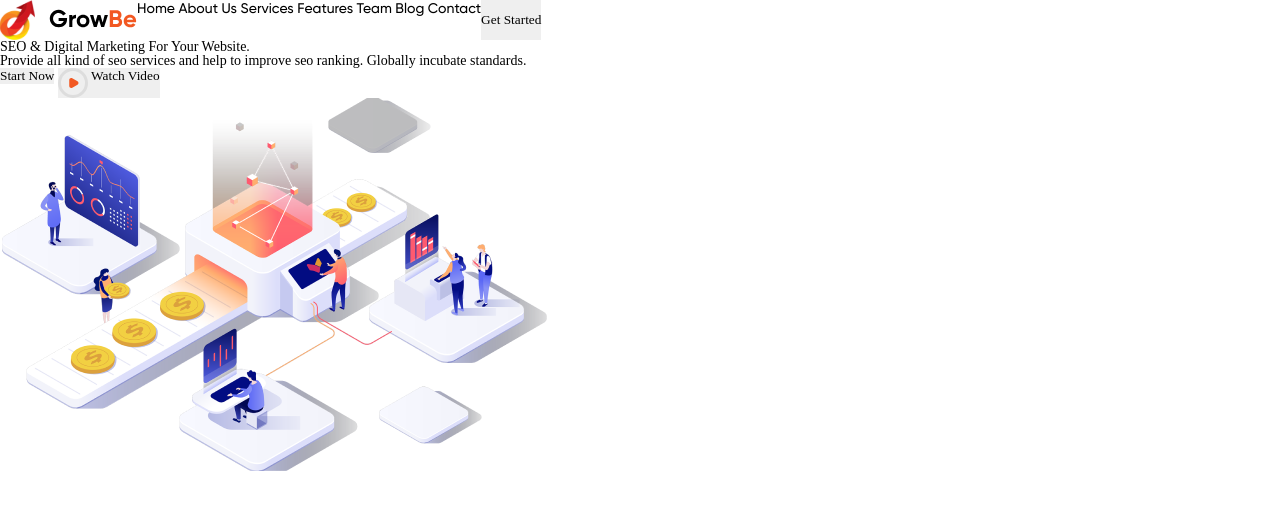
Repository: Alekseiy1980/GrowBe
Page: index.html
The author's editor kept a copy of each file at every save. The page is drawn from the files as they stood at one save, then again after the next save.
The browser window is 1280 px wide. The pictures show the whole page.

Above is the page before, as saved 2024-01-20 11:18:25.

### index.html
<!DOCTYPE html>
<html lang="en">
<head>
    <meta charset="UTF-8">
    <meta name="viewport" content="width=device-width, initial-scale=1.0">

    <link rel="stylesheet" href="css/reset.css">
    <link rel="stylesheet" href="css/style.css">
    <title>GrowBe</title>
</head>
<body>
    <header>
        <div class="menu_bar">
            <div class="logo">
                <a class="logo-link" href="#">
                    <img src="/img/Logo.svg"  />
                </a>
            </div>
            <nav>
                <a class="menu menu_activ" href="@">Home</a>
                <a class="menu" href="@"> About Us</a>
                <a class="menu" href="@">Services</a>
                <a class="menu" href="@">Features</a>
                <a class="menu" href="@">Team</a>
                <a class="menu" href="@">Blog</a>
                <a class="menu" href="@">Contact</a>
            </nav>
            <button class="btn_menu" type="button">Get Started</button>
        </div>
        <div class="home_meta">
            <div class="nome_content">
                <div class="home_title">
                    <h1>SEO & Digital <span>Marketing</span>  For Your Website.</h1>
                </div>
            <div class="sub_title">
                <p>Provide all kind of seo services and help to improve seo ranking. Globally incubate standards.</p>
            </div>
            <div class="btn_meta">
                <button class="btn_menu" type="button">Start Now</button>
                <button class="btn_menu" type="button">
                        <img
                            src="img/play.svg"
                            alt="play"
                            />
                    Watch Video</button>
            </div>
            </div>
            <div class="home_img">
                <img src="img/home_Image.png" alt="">
            </div>
        </div>
    </header>
</body>
</html>

### css/reset.css

* {
    padding: 0;
    margin: 0;
    border: 0;
}

*,
*::before,
*::after {
    -moz-box-sizing: border-box;
    -webkit-box-sizing: border-box;
    box-sizing: border-box;
}

:focus,
:active {
    outline: none;
}

a:focus,
a:active {
    outline: none;
}

nav,
footer,
header,
aside {
    display: block;
}

html,
body {
    height: 100%;
    width: 100%;
    font-size: 100%;
    line-height: 1;
    font-size: 14px;
    -ms-text-size-adjust: 100%;
    -moz-text-size-adjust: 100%;
    -webkit-text-size-adjust: 100%;
}

input,
button,
textarea {
    font-family: inherit;
}

input::-ms-clear {
    display: none;
}

button {
    cursor: pointer;
}

button::-moz-focus-inner {
    padding: 0;
    border: 0;
}

a,
a:visited {
    text-decoration: none;
}

a:hover {
    text-decoration: none;
}

ul li {
    list-style: none;
}

img {
    vertical-align: top;
}

h1,
h2,
h3,
h4,
h5,
h6 {
    font-size: inherit;
    font-weight: 400;
}

### css/style.css
@font-face {
	font-family: 'Gilroy-Bold';
	src: url(/fonts/Gilroy-Bold.ttf);
}


@font-face {
	font-family: 'Gilroy-Medium';
	src: url(/fonts/Gilroy-Medium.ttf);
}
@font-face{
    font-family: 'Gilroy_Regular';
    src: url(/fonts/Gilroy-Regular.ttf);
}

@font-face{
    font-family: 'Gilroy-SemiBold';
    src: url(/fonts/Gilroy-SemiBold.ttf);
}

body {
    max-width: 1920px;
    margin: 0 auto;
}
.menu_bar{
    display: flex;
}
.menu{
    color: #000;
    font-family: Gilroy-Medium;
    font-size: 14px;
    font-style: normal;
    font-weight: 400;
    line-height: normal;
}

.menu:hover{
    color: #F25822;
    font-family: Gilroy-SemiBold;
}

After the next save:
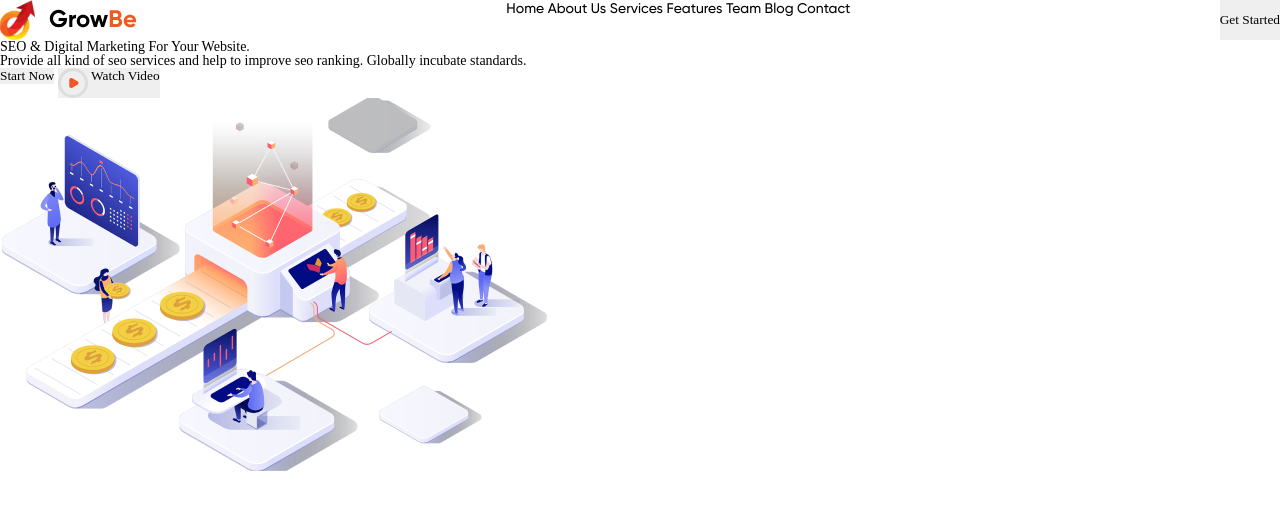
Saved 63 s later.
--- a/css/style.css
+++ b/css/style.css
@@ -24,6 +24,7 @@ body {
 }
 .menu_bar{
     display: flex;
+    justify-content: space-between;
 }
 .menu{
     color: #000;
